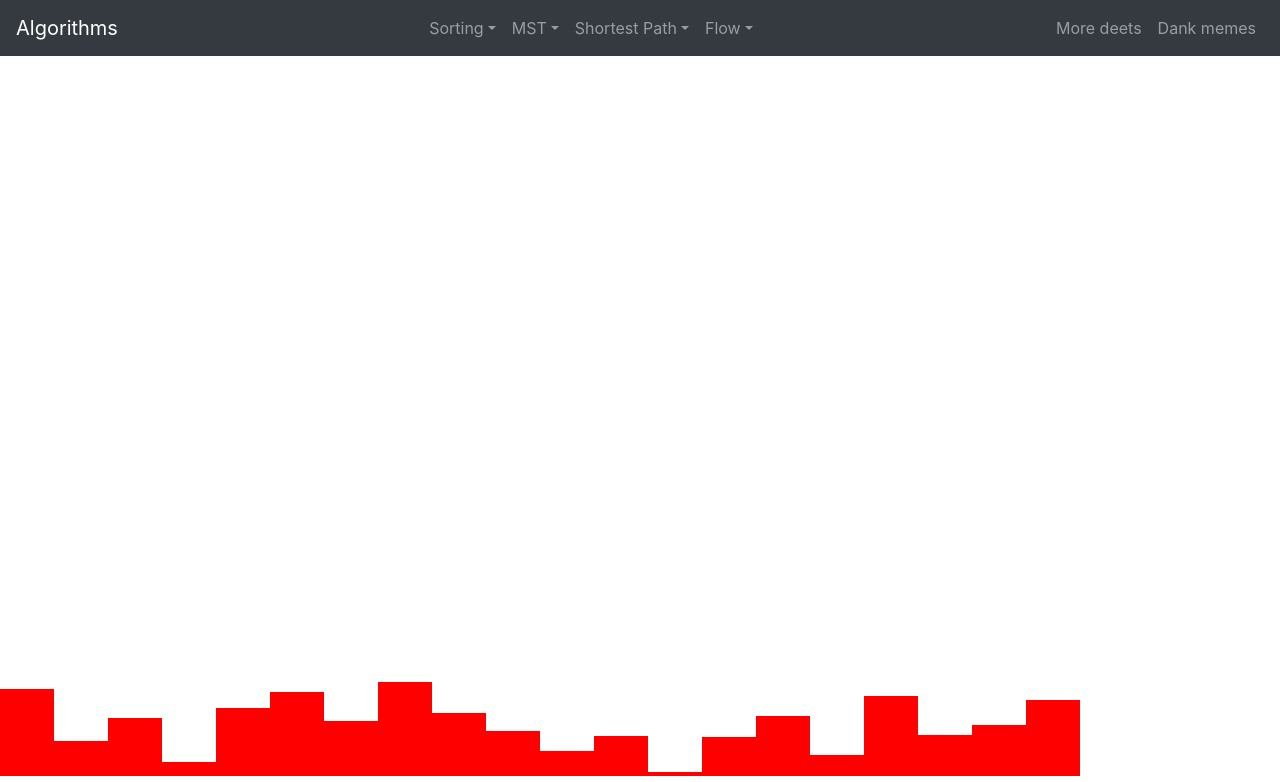
Repository: dkasima1/Algorithm-Visualizations
Page: /
An editor plug-in stored every save of this project. The page is shown before and after the next save, followed by the edit.
The browser window is 1280 px wide. The pictures show the whole page.
The project was rebuilt for these pictures with package versions that can differ from the ones it lists, and the page was loaded fresh each time. Also part of the build but not shown: src/components/Sorting/Bubble_Sort.js.

Above is the page before, as saved 2020-06-29 23:24:11.

### src/App.js
import React from 'react';
import { BrowserRouter as Router, Route, Switch } from 'react-router-dom';
import NavigationBar from './components/NavigationBar'
import 'bootstrap/dist/css/bootstrap.min.css';
import Bubble_Sort from "./components/Sorting/Bubble_Sort"
import BarGraph from "./components/Graph/BarGraph"

function App() {
  return (
    <React.Fragment>
      <Router>
        <NavigationBar />
        <BarGraph />
        <Switch>
          <Route path="/Sorting/Bubble_Sort" component={ Bubble_Sort } />
        </Switch>
      </Router>
    </React.Fragment>
  );
}

export default App;

### src/components/NavigationBar.js
import React from 'react';
import { Navbar, Nav, NavDropdown} from 'react-bootstrap';
import { Link } from 'react-router-dom'

function NavigationBar() {
    return (
        <div>
            <Navbar collapseOnSelect expand="lg" bg="dark" variant="dark">
                <Navbar.Brand href="#home">Algorithms</Navbar.Brand>
                <Navbar.Toggle aria-controls="responsive-navbar-nav" />
                <Navbar.Collapse id="responsive-navbar-nav">
                    <Nav className="m-auto">
                    <NavDropdown title="Sorting" id="collasible-nav-dropdown">
                        <NavDropdown.Item as={Link} to="/Sorting/Bubble_Sort">Bubble Sort</NavDropdown.Item>
                        <NavDropdown.Item  as={Link} to="/Sorting/Selection_Sort">Selection Sort</NavDropdown.Item>
                        <NavDropdown.Item  as={Link} to="/Sorting/Insertion_Sort">Insertion Sort</NavDropdown.Item>
                        <NavDropdown.Divider />
                        <NavDropdown.Item  as={Link} to="/Sorting/Merge_Sort">Merge Sort</NavDropdown.Item>
                        <NavDropdown.Item  as={Link} to="/Quick_Sort">Quick Sort</NavDropdown.Item>
                    </NavDropdown>
                    <NavDropdown title="MST" id="collasible-nav-dropdown">
                        <NavDropdown.Item  as={Link} to="/MST/Prims">Prim's Algorithm</NavDropdown.Item>
                        <NavDropdown.Item  as={Link} to="/MST/Kruskals">Kruskal's Algorithm</NavDropdown.Item>
                    </NavDropdown>
                    <NavDropdown title="Shortest Path" id="collasible-nav-dropdown">
                        <NavDropdown.Item  as={Link} to="/Shortest_Path/Dijkstra's">Dijkstra's</NavDropdown.Item>
                    </NavDropdown>
                    <NavDropdown title="Flow" id="collasible-nav-dropdown">
                        <NavDropdown.Item  as={Link} to="/Flow/Ford_Fulkurson">Ford Fulkurson</NavDropdown.Item>
                    </NavDropdown>
                    </Nav>
                    <Nav>
                    <Nav.Link href="#deets">More deets</Nav.Link>
                    <Nav.Link eventKey={2} href="#memes">
                        Dank memes
                    </Nav.Link>
                    </Nav>
                </Navbar.Collapse>
            </Navbar>
        </div>
    )
}

export default NavigationBar;

### src/components/Graph/BarGraph.js
import React from "react";

// https://philna.sh/blog/2018/09/27/techniques-for-animating-on-the-canvas-in-react/#:~:text=To%20get%20a%20ref%20to,to%20the%20ref%20you%20created.&text=Now%20you%20have%20the%20context,and%20animate%20all%20you%20like.

class Canvas extends React.Component {

    constructor(props) {
        super(props);
        this.canvasRef = React.createRef();
    }

    componentDidMount() {

        // Generate an array of random numbers.
        let arr = []
        while (arr.length < 20) {
            var num = Math.floor(Math.random() * 100 + 1);
            if (arr.indexOf(num) === -1) {
                arr.push(num)
            }
        }

        // Generate bars of bargraph
        const canvas = this.canvasRef.current;
        let ctx = canvas.getContext("2d");

        let width = 54;
        let posX = 0;

        ctx.fillStyle = "red";

        for (let i = 0; i < arr.length; i++) {
            let height = arr[i];
            ctx.fillRect(posX, canvas.height - height, width, height*7);
            posX += 54;
        }

    }
    render() {
        return (
            <div>
                <canvas ref={this.canvasRef} height="720" width="1080" />
            </div>
        )
    }

    // draw() {

    // }
}

export default Canvas;

Loaded but not shown: public/index.html (common file); src/index.js (common file); src/index.css (common file); src/serviceWorker.js (common file)

After the next save:
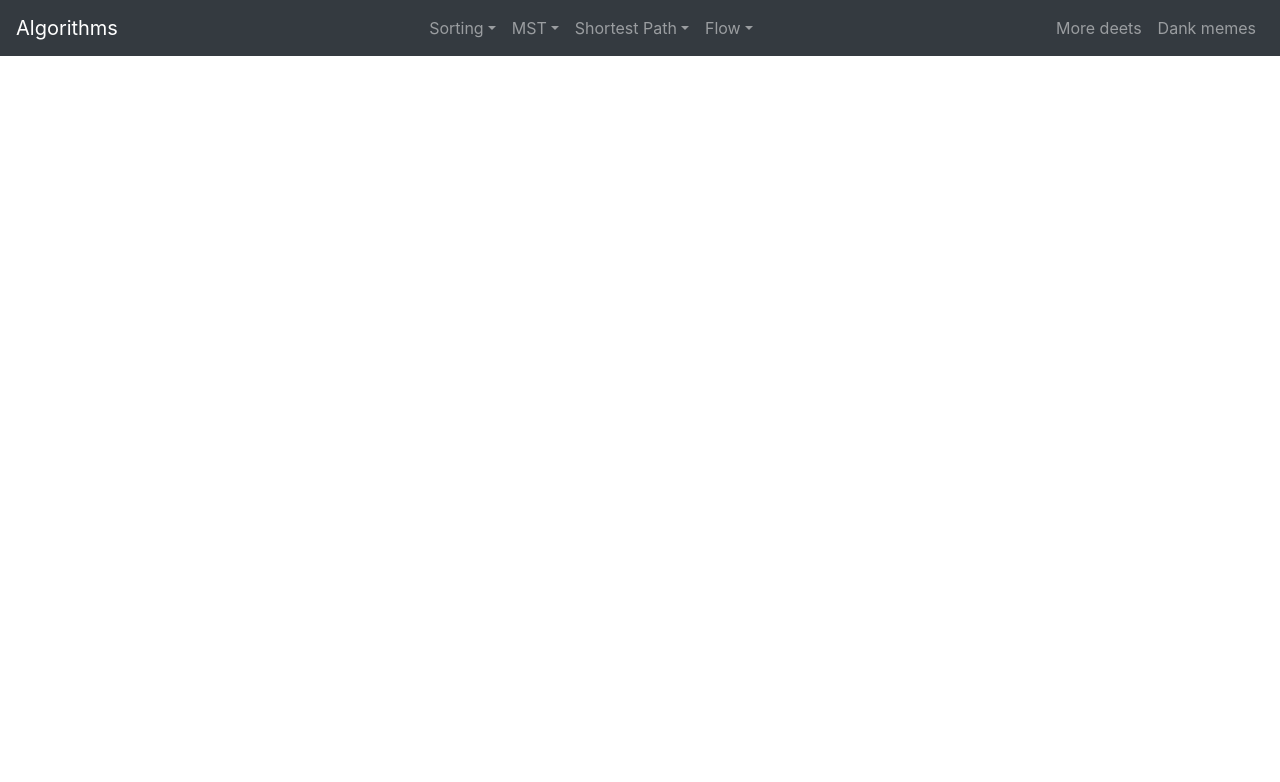
Saved 27 s later.
--- a/src/components/Graph/BarGraph.js
+++ b/src/components/Graph/BarGraph.js
@@ -31,7 +31,7 @@
 
         for (let i = 0; i < arr.length; i++) {
             let height = arr[i];
-            ctx.fillRect(posX, canvas.height - height, width, height*7);
+            ctx.fillRect(posX, (canvas.height - height) * 7, width, height);
             posX += 54;
         }
 

After the 3 saves that followed:
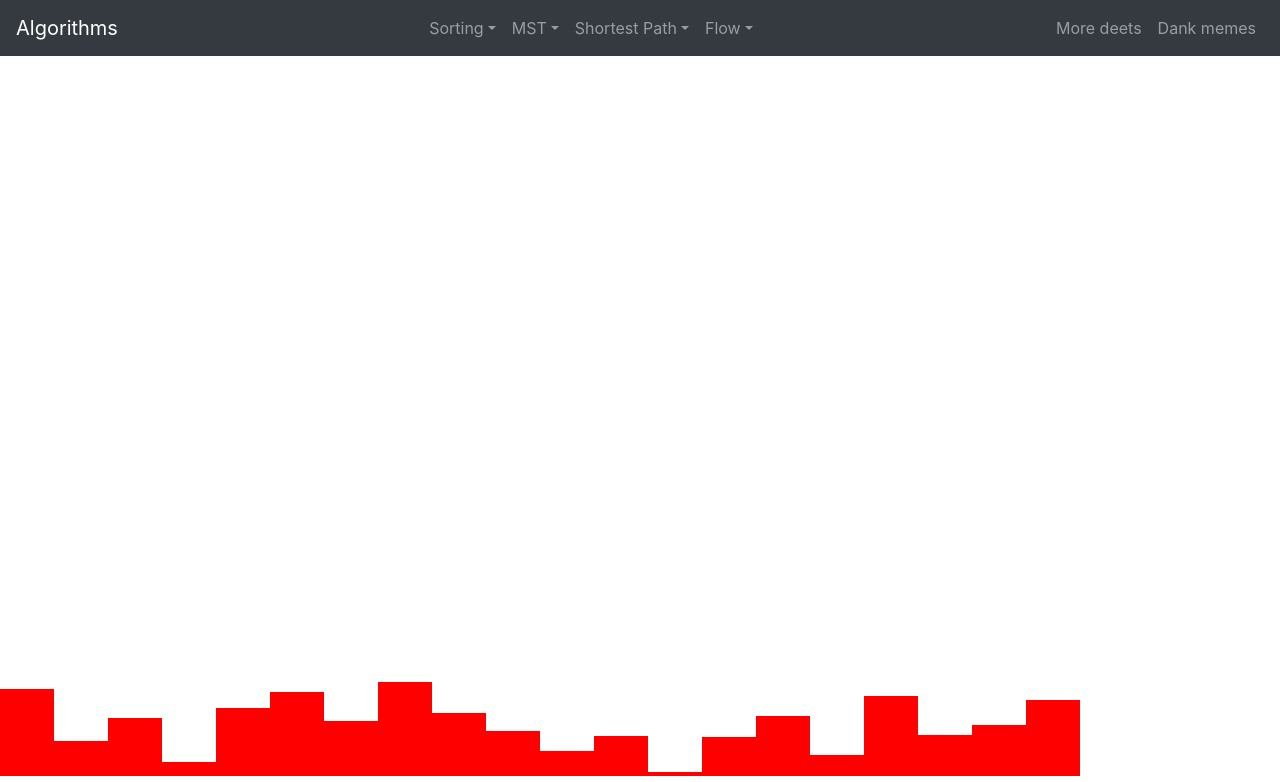
The 3 saves are shown as one change because 2 left the picture as it was.
The last was saved 56 s later.
--- a/src/components/Graph/BarGraph.js
+++ b/src/components/Graph/BarGraph.js
@@ -31,7 +31,7 @@
 
         for (let i = 0; i < arr.length; i++) {
             let height = arr[i];
-            ctx.fillRect(posX, (canvas.height - height) * 7, width, height);
+            ctx.fillRect(posX, canvas.height - height, width, height);
             posX += 54;
         }
 
